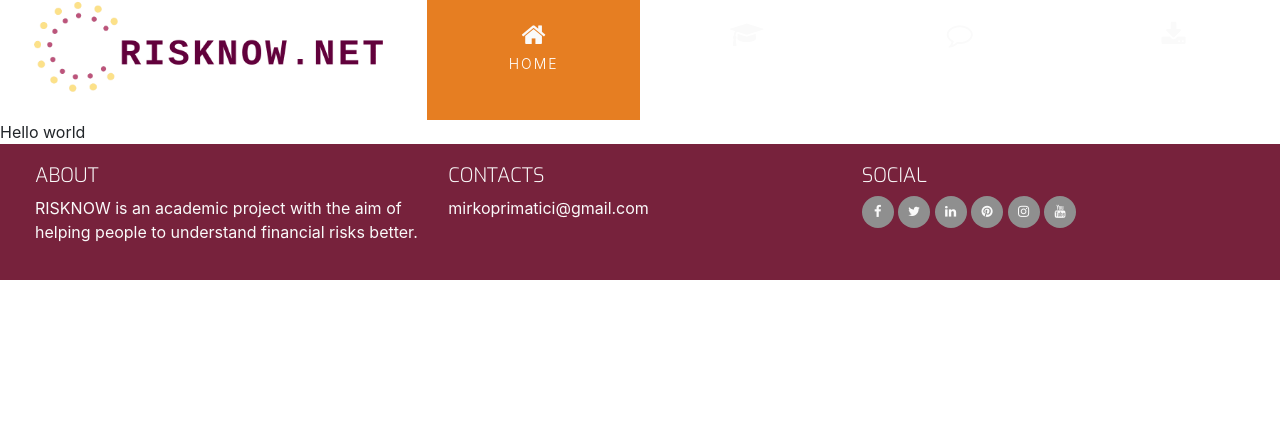
Repository: mirkoprimaticix/risknow.net
Page: index.html
The author's editor kept a record of every edit. The page is drawn from the files as they stood at one moment, then again after the next edit.
The browser window is 1280 px wide. The pictures show the whole page.
Some web libraries are served in a nearby version.

Above is the page before.
Console error: TypeError: Cannot read properties of undefined (reading 'fn')

### index.html
<!DOCTYPE html>
<html lang="en">
<head>
    <meta charset="UTF-8">
    <meta name="viewport" content="width=device-width, initial-scale=1.0">
    <meta http-equiv="X-UA-Compatible" content="ie=edge">
    <link rel="stylesheet" href="https://stackpath.bootstrapcdn.com/bootstrap/4.3.1/css/bootstrap.min.css" integrity="sha384-ggOyR0iXCbMQv3Xipma34MD+dH/1fQ784/j6cY/iJTQUOhcWr7x9JvoRxT2MZw1T" crossorigin="anonymous">
    <script src="https://stackpath.bootstrapcdn.com/bootstrap/4.3.1/js/bootstrap.min.js" integrity="sha384-JjSmVgyd0p3pXB1rRibZUAYoIIy6OrQ6VrjIEaFf/nJGzIxFDsf4x0xIM+B07jRM" crossorigin="anonymous"></script>
    <link rel="stylesheet" href="https://stackpath.bootstrapcdn.com/font-awesome/4.7.0/css/font-awesome.min.css" type="text/css" />
    <link rel="stylesheet" href="https://cdnjs.cloudflare.com/ajax/libs/hover.css/2.1.1/css/hover-min.css" type="text/css" />
    <link rel="stylesheet" href="assets/css/style.css" type="text/css" />
    <title>RISKNOW</title>
</head>
<body>
    <header>
        <div class = "row no-gutters">
            <a href="index.html" class = "col-md-4 logo">

            </a>
            <div class="col-md-8">
                <div class="row no-gutters">
                    <div class="col">
                        <ul id="nav" class="list-inline menucontainer">
                            <li class="col-6 col-sm-3 list-inline-item ui-menu-color-home menuitem">
                                <a href="index.html" class="hvr-sweep-to-bottom"><i class="fa fa-home" aria-hidden="true"></i><span>Home</span></a>
                            </li>
                            <li class="col-6 col-sm-3 list-inline-item ui-menu-color-resume menuitem">
                                <a href="resume.html" class="hvr-sweep-to-bottom"><i class="fa fa-graduation-cap" aria-hidden="true"></i><span>Financial Risks</span></a>
                            </li>
                            <li class="col-6 col-sm-3 list-inline-item ui-menu-color-contact menuitem">
                                <a href="contact.html" class="hvr-sweep-to-bottom"><i class="fa fa-comment-o" aria-hidden="true"></i><span>Operational Risks</span></a>
                            </li>
                            <li class="col-6 col-sm-3 list-inline-item ui-menu-color-download menuitem">
                                <a href="assets/cv/cv-mirko.pdf" target="_blank" class="hvr-sweep-to-bottom"><i class="fa fa-download" aria-hidden="true"></i><span>Download CV</span></a>
                            </li>
                        </ul>
                    </div>
                </div>
            </div>
        </div>
    </header>

    <section>
        Hello world
    </section>



    <footer class="container-fluid">
        <div id="footer-details" class="row">
            <div class="col-sm-4">
                <h5 class="uppercase general-sub">About</h5>
                <p class="inline-block">
                    RISKNOW is an academic project with the aim of helping people to understand financial risks better.
                </p>
            </div>
            <div class="col-sm-4">
                <h5 class="uppercase general-sub">Contacts</h5>
                <p class="inline-block">
                    mirkoprimatici@gmail.com
                </p>
            </div>
            <div class="col-sm-4">
                <h5 class="uppercase general-sub">Social</h5>
                <ul class="list-inline social-links">
                    <li class="list-inline-item">
                        <a target="_blank" href="#">
                            <i class="fa fa-facebook" aria-hidden="true"></i>
                            <span class="sr-only">Facebook</span>
                        </a>
                    </li>
                    <li class="list-inline-item">
                        <a target="_blank" href="#">
                            <i class="fa fa-twitter" aria-hidden="true"></i>
                            <span class="sr-only">Twitter</span>
                        </a>
                    </li>
                    <li class="list-inline-item">
                        <a target="_blank" href="#">
                            <i class="fa fa-linkedin" aria-hidden="true"></i>
                            <span class="sr-only">LinkedIn</span>
                        </a>
                    </li>
                    <li class="list-inline-item">
                        <a target="_blank" href="#">
                            <i class="fa fa-pinterest" aria-hidden="true"></i>
                            <span class="sr-only">Pinterest</span>
                        </a>
                    </li>
                    <li class="list-inline-item">
                        <a target="_blank" href="#">
                            <i class="fa fa-instagram" aria-hidden="true"></i>
                            <span class="sr-only">Instagram</span>
                        </a>
                    </li>
                    <li class="list-inline-item">
                        <a target="_blank" href="#">
                            <i class="fa fa-youtube" aria-hidden="true"></i>
                            <span class="sr-only">YouTube</span>
                        </a>
                    </li>
                </ul>
            </div>
        </div>
    </footer>
</body>
</html>

### assets/css/style.css
@import url('https://fonts.googleapis.com/css?family=Roboto:100,200,300,400,500,600,700|Exo:100,200,300,400,500,600,700');

/*--------------------------------------------Colors*/

.bg-color-name-title {
    background-color: #676767;
}

.bg-color-three-reasons {
    background-color: #fff;
}

.bg-color-personal-info {
    background-color: #f4f4f4;
}

.bg-color-work-history {
    background-color: #9b59b6;
}

.bg-color-contact {
    background-color: #fff;
}

.ui-menu-color-home {
    background-color: #e67e22;
}

.ui-menu-color-fr {
    background-color: #9b59b6;
}

.ui-menu-color-or {
    background-color: #3498db;
}

.ui-menu-color-er {
    background-color: #56C780;
}

.ui-menu-color-mr {
    background-color: #EBE66B;
}

.ui-menu-color-rt {
    background-color: #525252;
}

.row-table {
    display: table;
}

.section-column {
    display: table-cell;
    padding: 0 30px 30px;
    float: none;
}

.section-heading {
    font-family: "Exo", sans-serif;
    font-weight: 300;
    margin-top: 25px;
    margin-bottom: 40px;
}

/* ----------------------------------------Special paddings/margins/text */

h1,
h2,
h3,
h4 {
    margin: 0;
}

.uppercase {
    text-transform: uppercase;
}

.general-sub {
    font-family: "Exo", sans-serif;
    font-weight: 300;
    color: #fafafa;
}

.inline-block {
    display: inline-block;
}

.row-table {
    display: table;
}

.section-column {
    display: table-cell;
    padding: 0 30px 30px;
    float: none;
}

.history-heading,
.section-heading {
    font-family: "Exo", sans-serif;
    font-weight: 300;
    margin-top: 25px;
    margin-bottom: 40px;
}

/*--------------------------------------------Heading*/

header {
    margin: 0;
}

.heading {
    margin-left: 50px;
}


.logo {
    background: url("../images/logo.png");
    background-position: center;
    background-repeat: no-repeat;
    background-size: cover;
    min-height: 120px;
    transition: all .5s ease-in-out;
    -moz-transition: all .5s ease-in-out;
    -webkit-transition: all .5s ease-in-out;
}

.name {
    font-family: "Exo", sans-serif;
    font-weight: 100;
    font-size: 46px;
    margin-top: 50px;
    color: #fff;
}

.title {
    font-family: "Roboto", sans-serif;
    font-weight: 200;
    font-size: 28px;
    margin-top: 20px;
    margin-bottom: 90px;
    color: #fff;
}

.list-inline-item:not(:last-child) {
    margin: 0;
}

.menucontainer {
    font-size: 0;
}

#nav li {
    font-size: 14px;
    padding: 0;
}

#nav {
    margin: 0;
}

.menuitem {
    height: 120px;
    text-align: center;
    padding: 0;
}

.menuitem a {
    width: 100%;
    text-decoration: none;
    color: #fff;
    height: 120px;
}

.menuitem a i {
    padding-top: 22px;
    display: block;
    color: #fafafa;
    font-size: 26px;
}

.menuitem span {
    display: block;
    width: 100%;
    padding-top: 5px;
    text-align: center;
    text-transform: uppercase;
    font-size: 14px;
    font-weight: 300;
    letter-spacing: 2px;
}

/*--------------------------------------------Hover.css*/

.hvr-sweep-to-bottom:before {
    background: rgba(0, 0, 0, 0.2);
    height: 120px;
}

/* ----------------------------------------Footer */

footer {
    background-color: #77223C;
    color: #fafafa;
    min-height: 120px;
    margin: 0;
}

.social-links {
    padding-bottom: 15px;
}

.social-links li a i {
    width: 32px;
    height: 32px;
    padding: 12px 0;
    border-radius: 50%;
    font-size: 13px;
    line-height: 7px;
    text-align: center;
    color: #fafafa;
    background: #8f8f8f;
    transition: all 0.35s ease-in-out;
    -moz-transition: all 0.35s ease-in-out;
    -webkit-transition: all 0.35s ease-in-out;
    -o-transition: all 0.35s ease-in-out;
}

.social-links li a i:hover {
    background: #A4FFFA;
}

#footer-details {
    padding: 20px;
}

/* ----------------------------------------Three Reasons */

.three-reasons-icon {
    font-size: 26px;
    color: #e67e22;
}

.three-reasons-heading {
    margin-bottom: 15px;
}

/* ----------------------------------------Personal Info */

.personal-info-item {
    margin-bottom: 20px;
    display: block;
    clear: both;
}

.personal-info-item .key,
.personal-info-item .value {
    padding-right: 8px;
    display: inline-block;
}

.personal-info-item .key p,
.personal-info-item .value p {
    margin: 0;
}

.personal-info-item .key {
    width: 30%;
    margin-right: 21px;
    padding-top: 2px;
    vertical-align: top;
}

.personal-info-item .key p {
    font-weight: 700;
}

.personal-info-item .value {
    position: relative;
    width: 60%;
}

/* ----------------------------------------Skills */

.progress {
    position: relative;
    height: 25px;
    margin-bottom: 4px;
}

.progress-type {
    position: absolute;
    left: 0px;
    font-weight: 400;
    padding: 3px 30px 2px 10px;
    color: #fafafa;
    background-color: rgba(25, 25, 25, 0.2);
}

.progress-section {
    margin: 40px 20px;
}

/* ----------------------------------------Work History */

.history-heading {
    color: #fafafa;
    margin-bottom: 50px;
}

.timeline-item {
    padding: 4em 2em 0em 2em;
    position: relative;
    color: #fafafa;
    border-left: 1px solid;
}

.timeline-item p {
    padding: 0;
    margin: 0;
}

.timeline-item:before {
    content: attr(data-dates);
    position: absolute;
    left: 2.5em;
    top: 3em;
    display: block;
    font-family: "Exo", sans-serif;
    font-weight: 500;
    font-size: 0.8em;
    padding: 0;
    margin: 0;
}

.timeline-item:after {
    width: 12px;
    height: 12px;
    display: block;
    top: 2.4em;
    position: absolute;
    left: -6px;
    border-radius: 12px;
    content: '';
    background: #fafafa;
}

.history-items {
    margin-bottom: 30px;
}

/* ----------------------------------------Contact Form */

.contact-heading {
    font-family: "Exo", sans-serif;
    font-weight: 300;
    margin-top: 25px;
    margin-bottom: 20px;
}

.center-form {
    padding-top: 10px;
    margin: 0 auto;
    max-width: 70%;
}

button[type="submit"] {
    margin-top: 15px;
    margin-bottom: 20px;
    color: #fafafa;
    background-color: #e84610;
}

/* ----------------------------------------Media Queries */

@media(min-width: 992px) {
    .center-form {
        padding-top: 30px;
        min-height: 240px;
        margin: 0 auto;
        max-width: 50%;
    }
}

After the next edit:
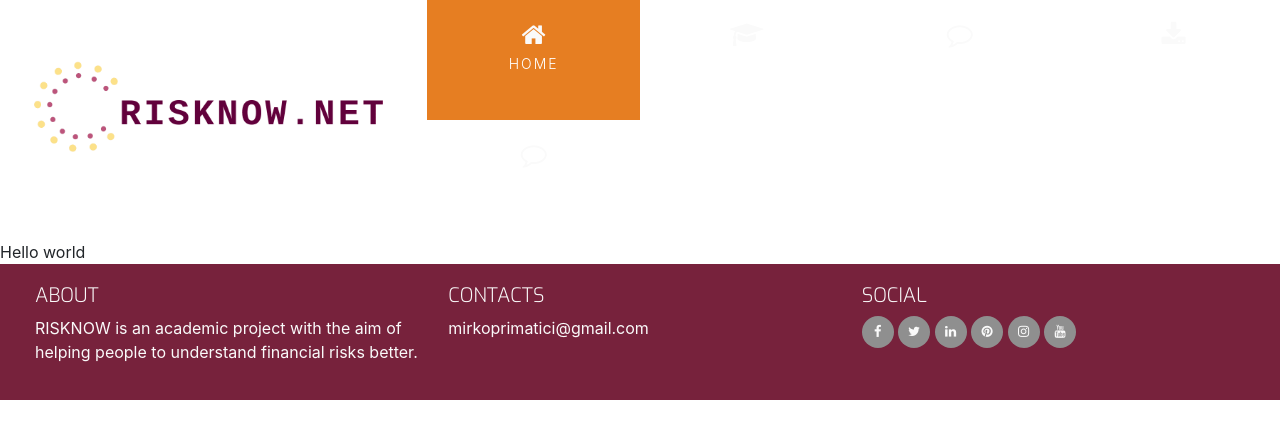
The edit:
--- a/index.html
+++ b/index.html
@@ -31,7 +31,10 @@
                                 <a href="contact.html" class="hvr-sweep-to-bottom"><i class="fa fa-comment-o" aria-hidden="true"></i><span>Operational Risks</span></a>
                             </li>
                             <li class="col-6 col-sm-3 list-inline-item ui-menu-color-download menuitem">
-                                <a href="assets/cv/cv-mirko.pdf" target="_blank" class="hvr-sweep-to-bottom"><i class="fa fa-download" aria-hidden="true"></i><span>Download CV</span></a>
+                                <a href="assets/cv/cv-mirko.pdf" target="_blank" class="hvr-sweep-to-bottom"><i class="fa fa-download" aria-hidden="true"></i><span>Event Risks</span></a>
+                            </li>
+                            <li class="col-6 col-sm-3 list-inline-item ui-menu-color-contact menuitem">
+                                <a href="contact.html" class="hvr-sweep-to-bottom"><i class="fa fa-comment-o" aria-hidden="true"></i><span>Market Risks</span></a>
                             </li>
                         </ul>
                     </div>
